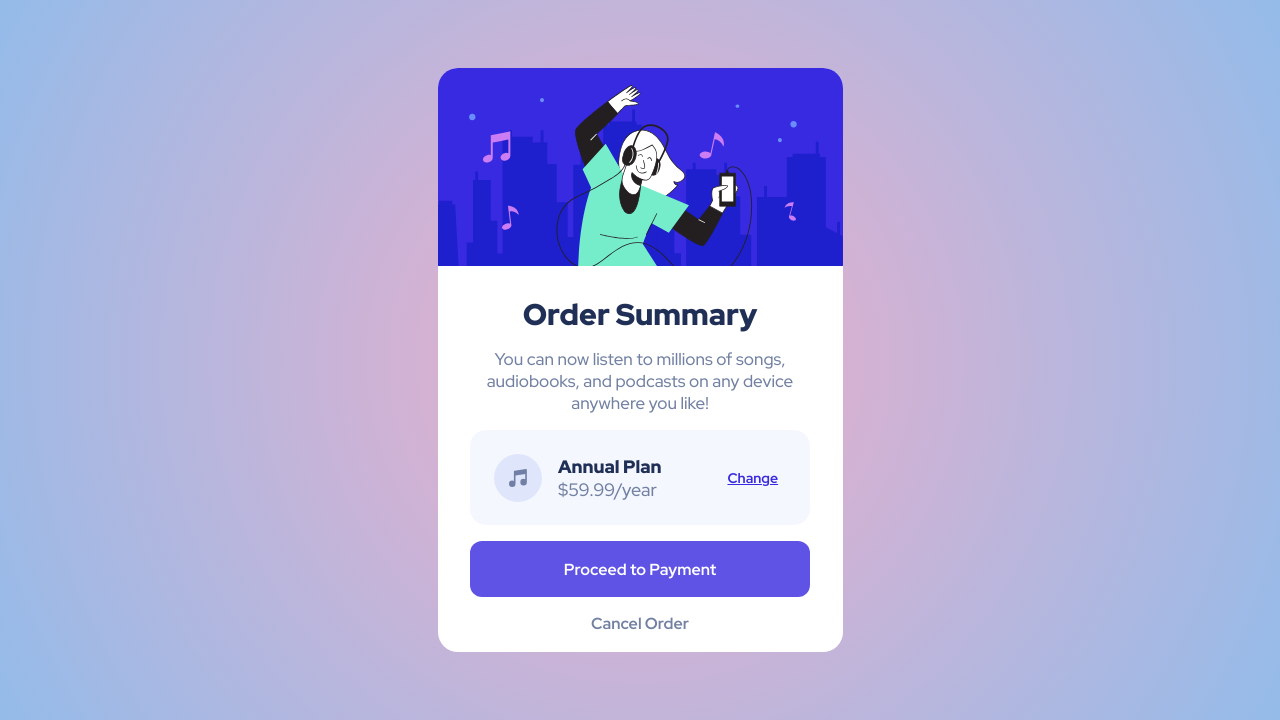
Repository: KamoliddinGIT/order-summary-card
Page: index.html
These files come from the project's save history. The page is drawn as it stood at one moment and after the next save; the edit follows.
The browser window is 1280 px wide. The pictures show the whole page.
The first visible `.apply__btn` is being pressed.

Above is the page before, as saved 2023-09-13 11:04:56.

After the next save:
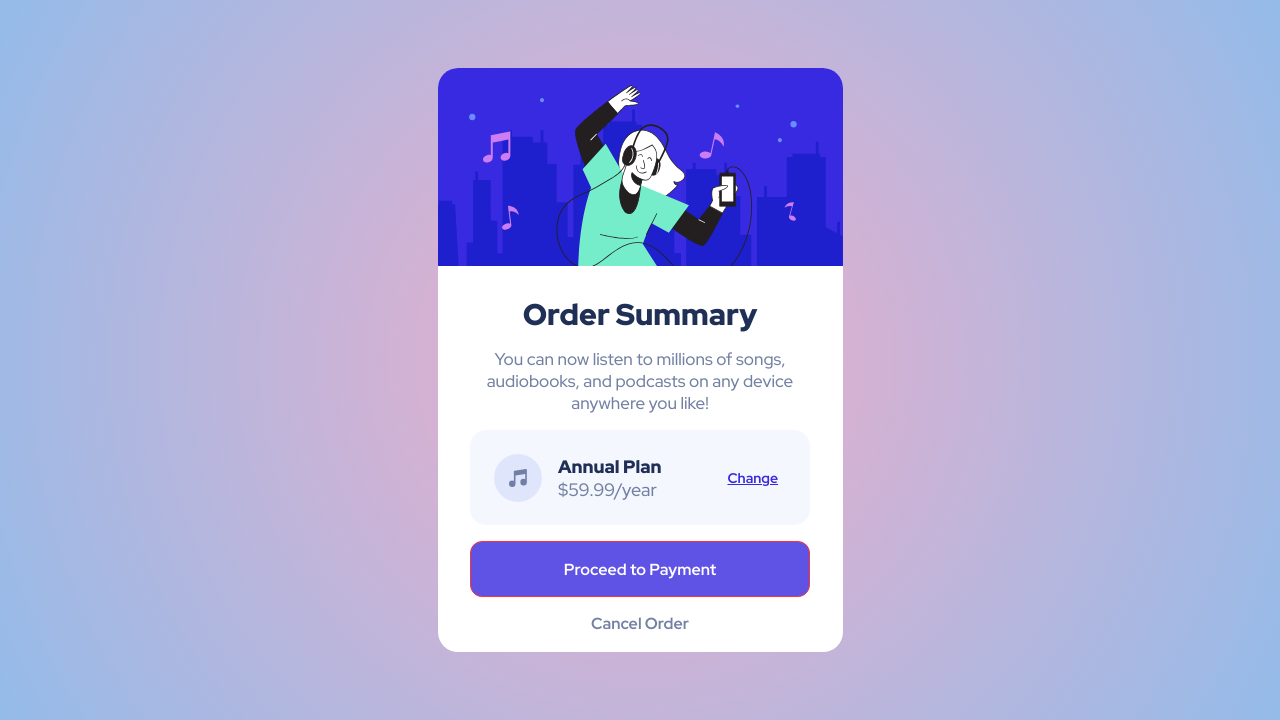
Saved 105 s later.
--- a/css/style.css
+++ b/css/style.css
@@ -108,6 +108,10 @@
   opacity: 0.8;
 }
 
+.apply__btn:active {
+  border: 1px solid red;
+}
+
 .cancel__btn {
   color: #7280a2;
   font-size: 16px;
